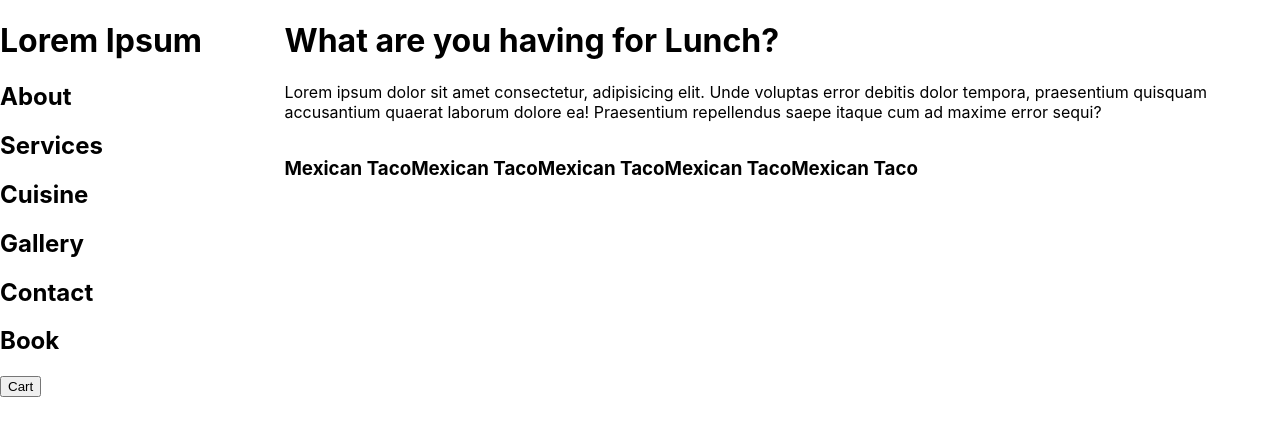
Repository: Marlstergo/assignment2
Page: /
These files come from the project's save history. The page is drawn as it stood at one moment and after the next save; the edit follows.
The browser window is 1280 px wide. The pictures show the whole page.
The project was rebuilt for these pictures with package versions that can differ from the ones it lists, and the page was loaded fresh each time.

Above is the page before, as saved 2021-07-27 01:45:22.

After the next save:
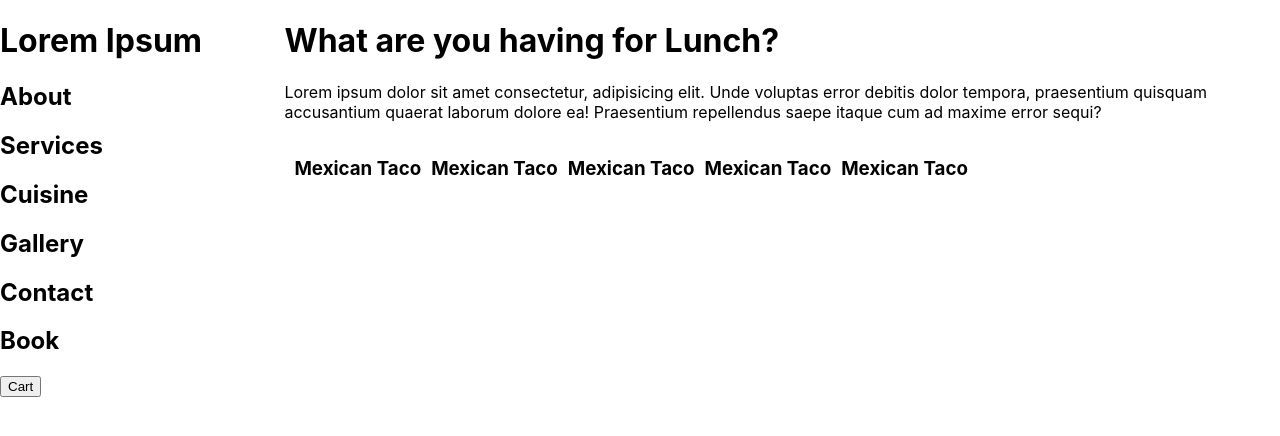
Saved 3 min 48 s later.
--- a/src/App.css
+++ b/src/App.css
@@ -54,4 +54,10 @@
 
 .row{
   display: flex;
+  overflow-x: scroll;
+
 }
+
+.cell{
+  margin-left: 10px;
+}
